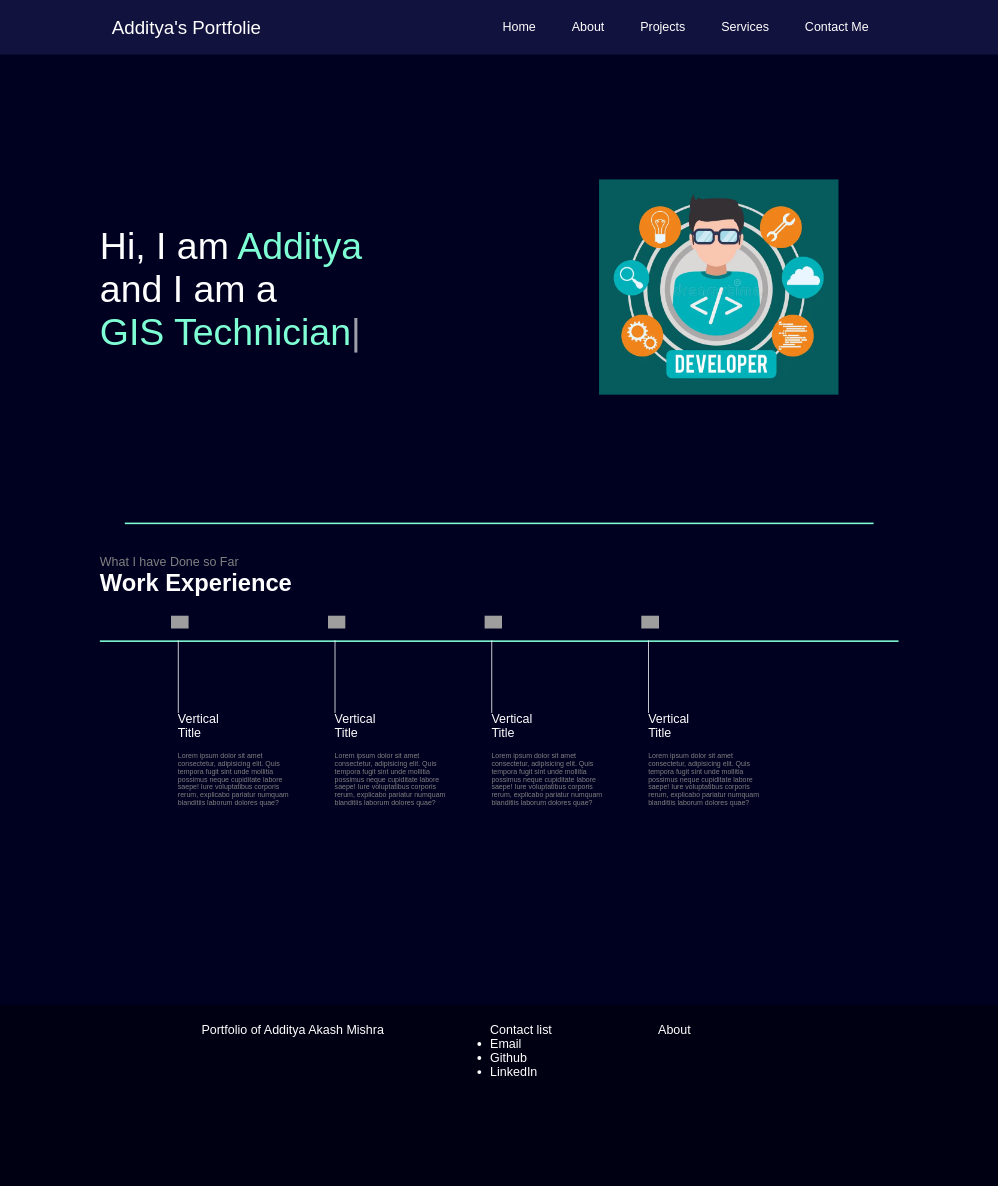
Repository: VictoriousMango/Portfolio
Page: index.html
These files come from the project's save history. The page is drawn as it stood at one moment and after the next save; the edit follows.
The browser window is 1280 px wide. The pictures show the whole page, at 78% of full size.
Pictures or frames that could not be fetched are drawn as grey boxes.

Above is the page before, as saved 2023-08-27 12:25:00.

### index.html
<!DOCTYPE html>
<html lang="en">

<head>
    <meta charset="UTF-8">
    <meta name="viewport" content="width=device-width, initial-scale=1.0">
    <title>Additya - Developer Portfolio</title>
    <style>
        * {
            margin: 0;
            padding: 0;
        }

        body {
            background-color: rgb(0, 0, 33);
            color: white;
            font-family: 'Poppins', sans-serif;
        }

        nav {
            display: flex;
            justify-content: space-around;
            align-items: center;
            height: 70px;
            background-color: rgb(18, 18, 62);
        }

        nav ul {
            display: flex;
            justify-content: center;
        }

        nav ul li {
            list-style: none;
            margin: 0 23px;
        }

        nav ul li a {
            text-decoration: none;
            color: white;
        }

        nav ul li a:hover {
            color: rgb(153, 153, 226);
            font-size: 1.05rem;
        }

        main hr {
            border: 0;
            background: aquamarine;
            height: 1.2px;
            margin: 40px 160px;
        }

        text-gray {
            color: gray;
        }

        .left {
            font-size: 1.5rem;
        }

        .firstSection {
            display: flex;
            justify-content: space-around;
            align-items: center;
            margin: 110px 0;

        }

        .firstSection>div {
            width: 30%;
        }

        .secondSection {
            max-width: 80vw;
            margin: auto;
            height: 80vh;
        }

        .secondSection h1 {
            font-size: 1.9rem;
        }

        .secondSection .box {
            background: aquamarine;
            width: 80vw;
            height: 2px;
            margin: 56px 0;
            display: flex;
        }

        .secondSection .vertical {
            height: 93px;
            width: 1px;
            background-color: white;
            margin: 0 100px;
        }

        .vertical-title {
            position: relative;
            width: 23px;
            top: 71px;

        }

        .vertical-desc {
            position: relative;
            top: 86px;
            color: gray;
            width: 150px;
            font-size: 9px;
        }

        .image-top {
            width: 23px;
            position: relative;
            top: -32px;
            left: -9px;
        }

        .leftSection {
            font-size: 3rem;
        }

        /* .rightSection{
            background-color: red;
        } */
        .rightSection img {
            width: 80%;
            margin: 50px 0;
        }

        .purple {
            color: aquamarine;
        }

        .text-gray {
            color: grey;
        }
        footer{
            background-color: rgba(0, 0, 0, 0.432);
            height: 233px;
            opacity: 1;
        }
        .footer{
            display: flex;
            padding: 23px 122px;
            justify-content: space-evenly;
        }
        .footer > div {
            width: auto;
        }
        #element {
            color: aquamarine;
        }
    </style>
</head>

<body>
    <header>
        <nav>
            <div class="left">Additya's Portfolie</div>
            <div class="right">
                <ul>
                    <li><a href="/">Home</a></li>
                    <li><a href="/">About</a></li>
                    <li><a href="/">Projects</a></li>
                    <li><a href="/">Services</a></li>
                    <li><a href="/">Contact Me</a></li>
                </ul>
            </div>
        </nav>
    </header>

    <main>
        <section class="firstSection">
            <div class="leftSection">
                Hi, I am <span class="purple">Additya</span>
                <div>and I am a</div>
                <span id="element"></span>
            </div>
            <div class="rightSection"><img src="Web Dev.webp" alt=""></div>
        </section>
        <hr>
        <section class="secondSection">
            <span class="text-gray">What I have Done so Far</span>
            <h1>Work Experience</h1>
            <div class="box">
                <div class="vertical">
                    <img class="image-top" src="Image 1.jpg" alt="">
                    <div class="vertical-title">
                        Vertical Title
                    </div>
                    <div class="vertical-desc">
                        Lorem ipsum dolor sit amet consectetur, adipisicing elit. Quis tempora fugit sint unde mollitia
                        possimus neque cupiditate labore saepe! Iure voluptatibus corporis rerum, explicabo pariatur
                        numquam blanditiis laborum dolores quae?
                    </div>
                </div>
                <div class="vertical">
                    <img class="image-top" src="Image 1.jpg" alt="">
                    <div class="vertical-title">
                        Vertical Title
                    </div>
                    <div class="vertical-desc">
                        Lorem ipsum dolor sit amet consectetur, adipisicing elit. Quis tempora fugit sint unde
                        mollitia
                        possimus neque cupiditate labore saepe! Iure voluptatibus corporis rerum, explicabo pariatur
                        numquam blanditiis laborum dolores quae?
                    </div>
                </div>
                <div class="vertical">
                    <img class="image-top" src="Image 1.jpg" alt="">
                    <div class="vertical-title">
                        Vertical Title
                    </div>
                    <div class="vertical-desc">
                        Lorem ipsum dolor sit amet consectetur, adipisicing elit. Quis tempora fugit sint unde
                        mollitia
                        possimus neque cupiditate labore saepe! Iure voluptatibus corporis rerum, explicabo pariatur
                        numquam blanditiis laborum dolores quae?
                    </div>
                </div>
                <div class="vertical">
                    <img class="image-top" src="Image 1.jpg" alt="">
                    <div class="vertical-title">
                        Vertical Title
                    </div>
                    <div class="vertical-desc">
                        Lorem ipsum dolor sit amet consectetur, adipisicing elit. Quis tempora fugit sint unde
                        mollitia
                        possimus neque cupiditate labore saepe! Iure voluptatibus corporis rerum, explicabo pariatur
                        numquam blanditiis laborum dolores quae?
                    </div>
                </div>

            </div>


    </main>

    <footer>
        <div class="footer">

            <div class="footer-first">
                Portfolio of Additya Akash Mishra

            </div>
            <div class="footer-second">
                Contact list
                <ul>
                    <li>Email</li>
                    <li>Github</li>
                    <li>LinkedIn</li>
                </ul>
            </div>
            <div class="footer-third">
                About
            </div>
            <div class="footer-fourth"></div>
        </div>
    </footer>

    <script src="https://unpkg.com/typed.js@2.0.16/dist/typed.umd.js"></script>
    <script>
        var typed = new Typed('#element', {
            strings: ['Web Developer', 'GIS Technician', 'Spatial Data Scientist'],
            typeSpeed: 50,
            loop: true,
            backSpeed: 25,
            backDelay: 2000
        });
    </script>
</body>

</html>

After the next save:
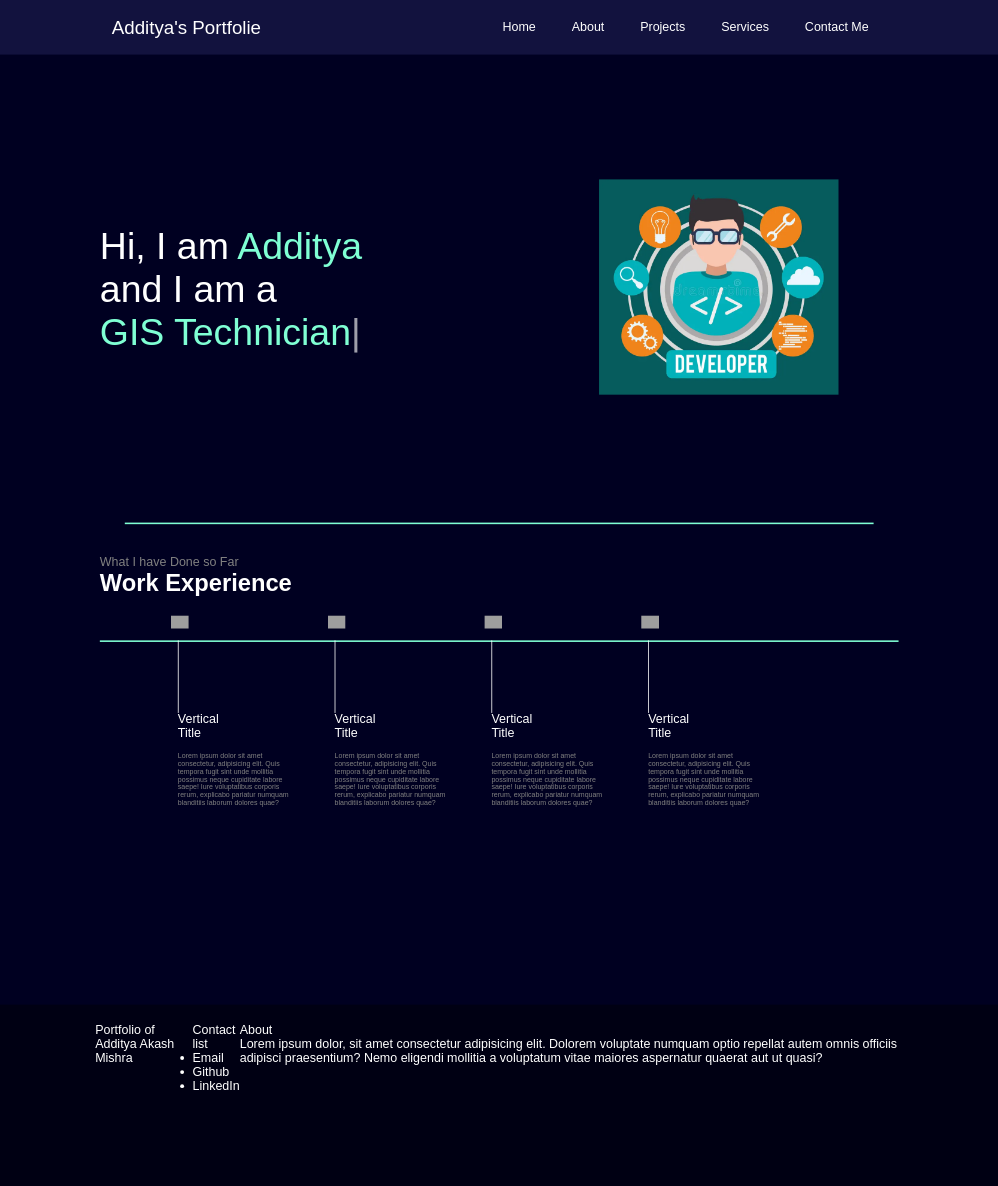
Saved 15 s later.
--- a/index.html
+++ b/index.html
@@ -257,6 +257,9 @@
             </div>
             <div class="footer-third">
                 About
+                <div class="about">
+                    Lorem ipsum dolor, sit amet consectetur adipisicing elit. Dolorem voluptate numquam optio repellat autem omnis officiis adipisci praesentium? Nemo eligendi mollitia a voluptatum vitae maiores aspernatur quaerat aut ut quasi?
+                </div>
             </div>
             <div class="footer-fourth"></div>
         </div>
